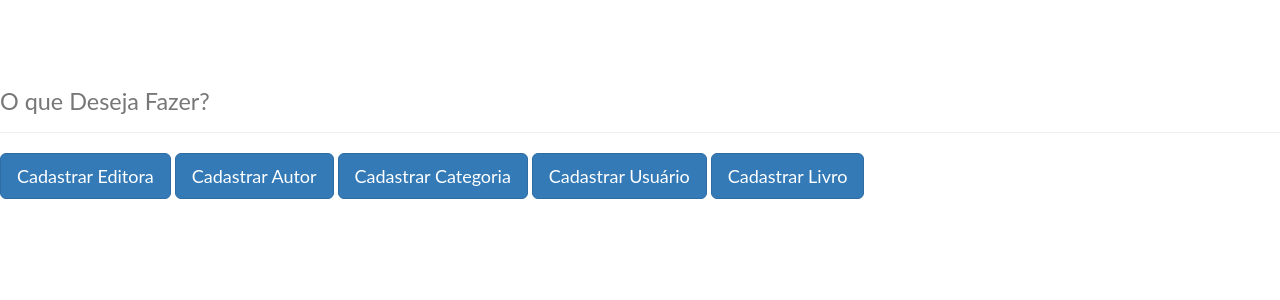
Repository: stefanyco/biblioteca
Page: http://localhost/Biblioteca/acoesUsuarios.jsp
An editor plug-in stored every save of this project. The page is shown before and after the next save, followed by the edit.
The browser window is 1280 px wide. The pictures show the whole page.
The page is served by Tomcat 9. Other server files are loaded and not shown.

Above is the page before, as saved 2016-11-07 23:56:16.

### Sistema Biblioteca/Biblioteca/WebContent/acoesUsuarios.jsp
<%@ page language="java" contentType="text/html; charset=ISO-8859-1"
    pageEncoding="ISO-8859-1"%>
<!DOCTYPE html PUBLIC "-//W3C//DTD HTML 4.01 Transitional//EN" "http://www.w3.org/TR/html4/loose.dtd">
<html>
<head>
	<meta content="width=device-width, initial-scale=1.0">
	<meta http-equiv="Content-Type" content="text/html; charset=ISO-8859-1">
	<link href="bootstrap.min.css" rel="stylesheet"  media="screen" />
	<link href="estilo.css" rel="stylesheet">
	<title>Gerenciamento</title>
</head>
<body>

	<div class="page-header">
		<h1>
			<small>O que Deseja Fazer?</small>
		</h1>

	</div>
	<a href="editoraAdicionar.jsp" class="btn btn-primary btn-lg">Cadastrar Editora</a>
	<a href="autorAdicionar.jsp" class="btn btn-primary btn-lg">Cadastrar Autor</a>
	<a href="categoriaAdicionar.jsp" class="btn btn-primary btn-lg">Cadastrar Categoria</a>
	<a href="usuarioAdicionar.jsp" class="btn btn-primary btn-lg">Cadastrar Usuário</a>
	<a href="livroAdicionar.jsp" class="btn btn-primary btn-lg">Cadastrar Livro</a>

</body>
</html>

### Sistema Biblioteca/Biblioteca/WebContent/estilo.css
* {
    font-family: 'Lato', sans-serif;
    font-weight: 300;
}

body {
    padding-top: 50px;
}

section {
    padding-top: 25px;
    padding-bottom: 15px;
    min-height: 100vh;
}

section#contato {
    min-height: 80vh;
}

footer {
    padding-top: 30px;
    padding-bottom: 30px;
    background: url(../imgs/bgslider.png);
}

img.grayscale {
  filter: url("data:[embedded picture, 244 characters]"); /* Firefox 3.5+ */
  filter: gray; /* IE6-9 */
  -webkit-filter: grayscale(100%); /* Chrome 19+ & Safari 6+ */
}

img.grayscale:hover {
  filter: none;
  -webkit-filter: grayscale(0%);
}

.navbar-brand {
   font-weight: 700;
}

.divslider {
    padding-top: 15px;
    padding-bottom: 15px;
    background: url(../imgs/bgslider.png);
}

.div_colorida {
    background: url(../imgs/bgslider.png);
}

.servicos_item * {
    text-align: center;
}

.servicos_item h4 {
    margin-top: 30px;
    font-size: 25px;
}

.servicos_btn_todososservicos {
    margin-top: 25px;
}

.portfolio_item {
    background: white;
}

.portfolio_row {
    margin-bottom: 20px;
}

.portfolio_row:last-child {
    margin-bottom: 0px;
}

.portfolio_item h4 {
    text-align: center;
    margin-top: 20px;
    padding-bottom: 20px;
}

.contato textarea {
    height: 170px;
}

.contato .aviso {
   padding: 15px;
}

.section_interna {
    padding-top: 0px;
}

.form-login {
    max-width: 350px;
    margin-left: auto;
    margin-right: auto;
    padding: 10px;
    border-radius: 10px;
    background: #eee;
}

.form-login input {
    margin-bottom: 10px;
}

.panel {
    margin-bottom: 2px;
}

.conteudo_painel {
    background: white;
    border-radius:8px;
    border:1px solid #eee;
    box-shadow: 2px 2px 5px #888;
}

.conteudo_painel_int {
    padding: 12px;
}

Loaded but not shown: Sistema Biblioteca/Biblioteca/WebContent/bootstrap.min.css (library)

After the next save:
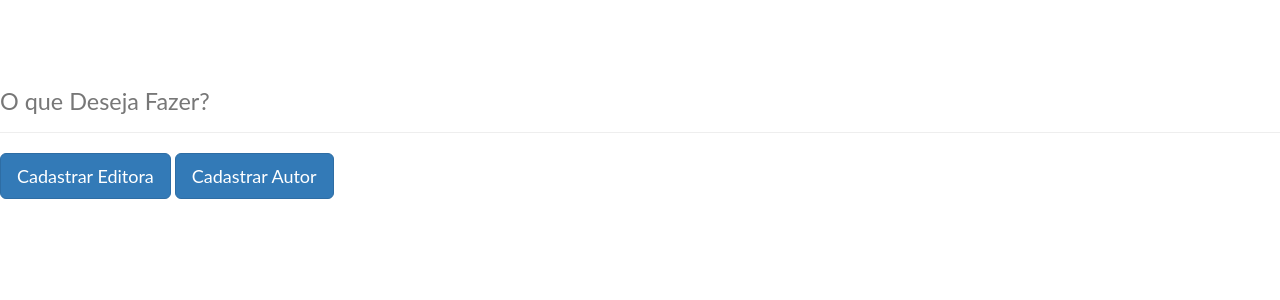
Saved 6 s later.
--- a/Sistema Biblioteca/Biblioteca/WebContent/acoesUsuarios.jsp
+++ b/Sistema Biblioteca/Biblioteca/WebContent/acoesUsuarios.jsp
@@ -19,9 +19,7 @@
 	</div>
 	<a href="editoraAdicionar.jsp" class="btn btn-primary btn-lg">Cadastrar Editora</a>
 	<a href="autorAdicionar.jsp" class="btn btn-primary btn-lg">Cadastrar Autor</a>
-	<a href="categoriaAdicionar.jsp" class="btn btn-primary btn-lg">Cadastrar Categoria</a>
-	<a href="usuarioAdicionar.jsp" class="btn btn-primary btn-lg">Cadastrar Usuário</a>
-	<a href="livroAdicionar.jsp" class="btn btn-primary btn-lg">Cadastrar Livro</a>
+
 
 </body>
 </html>
